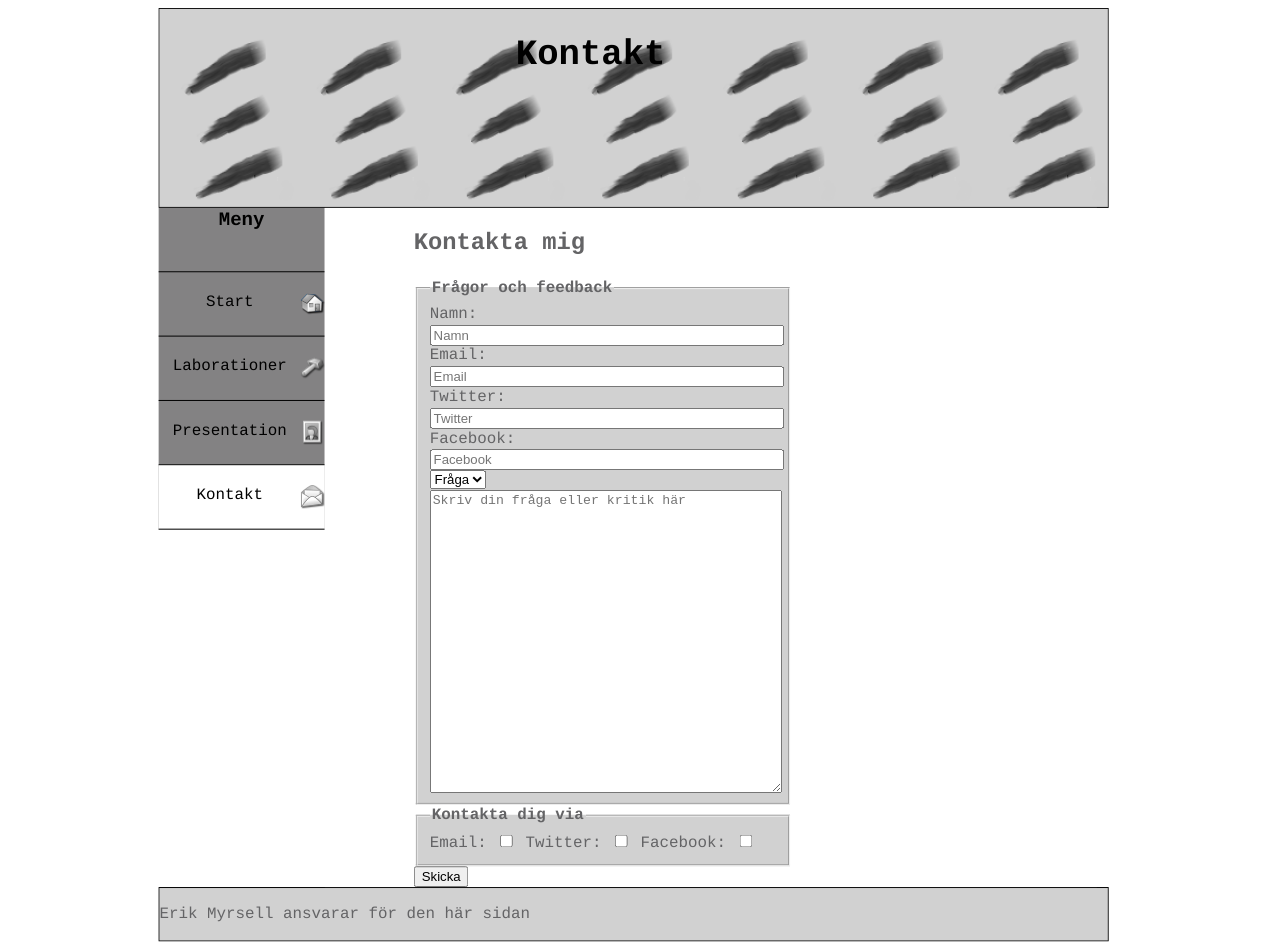
Repository: em222mt/1IK415_em222mt
Page: pages/kontakt.html
The author's editor kept a record of every edit. The page is drawn from the files as they stood at one moment, then again after the next edit.
The browser window is 1280 px wide. The pictures show the whole page, at 99% of full size.

Above is the page before.

After the next edit:
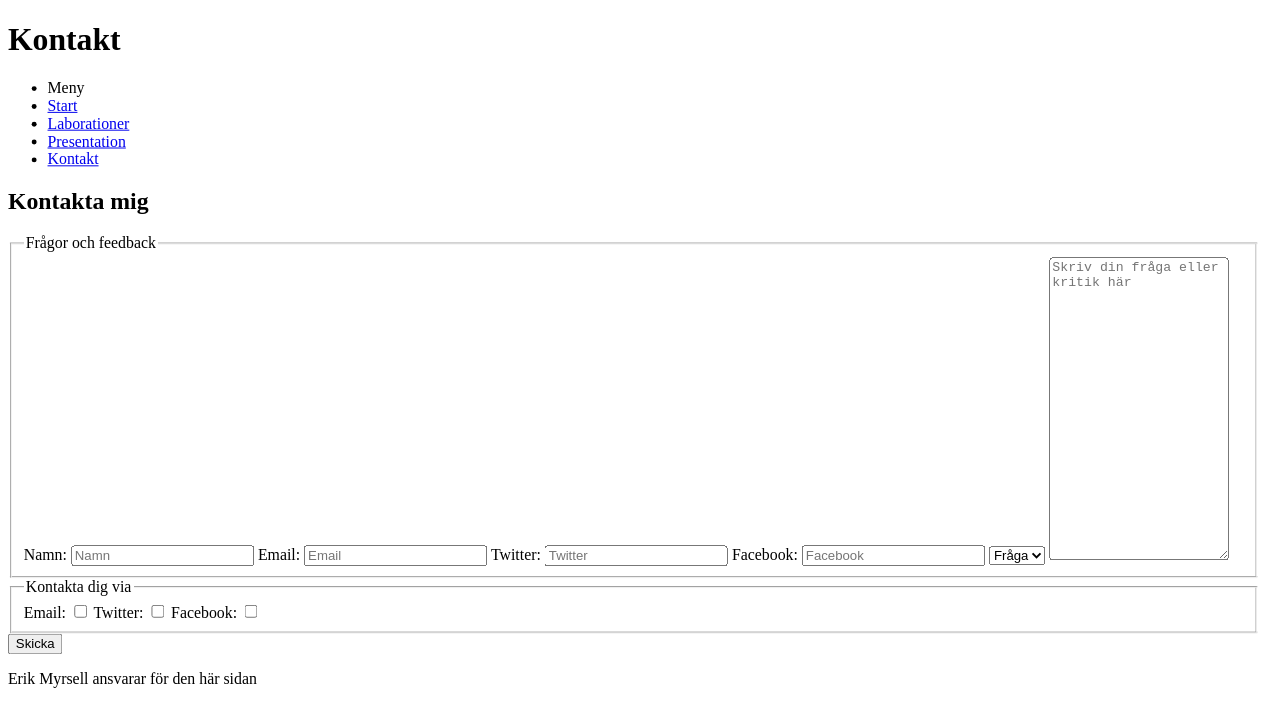
The edit:
--- a/pages/kontakt.html
+++ b/pages/kontakt.html
@@ -3,12 +3,8 @@
 
 <head>
      <meta charset="utf-8">
-     <title>Kontakt</title>
-
-     <link rel="stylesheet" href="../css/basic.css">
-     <link rel="stylesheet" href="../css/print.css">
-
     <meta name="viewport" content="width=device-width, initial scale=1.0">
+    <title>Kontakt</title>
 
 
     <link rel="stylesheet" media="only screen and(min-width 482px)" href="css/basic.css">

After the 4 edits that followed:
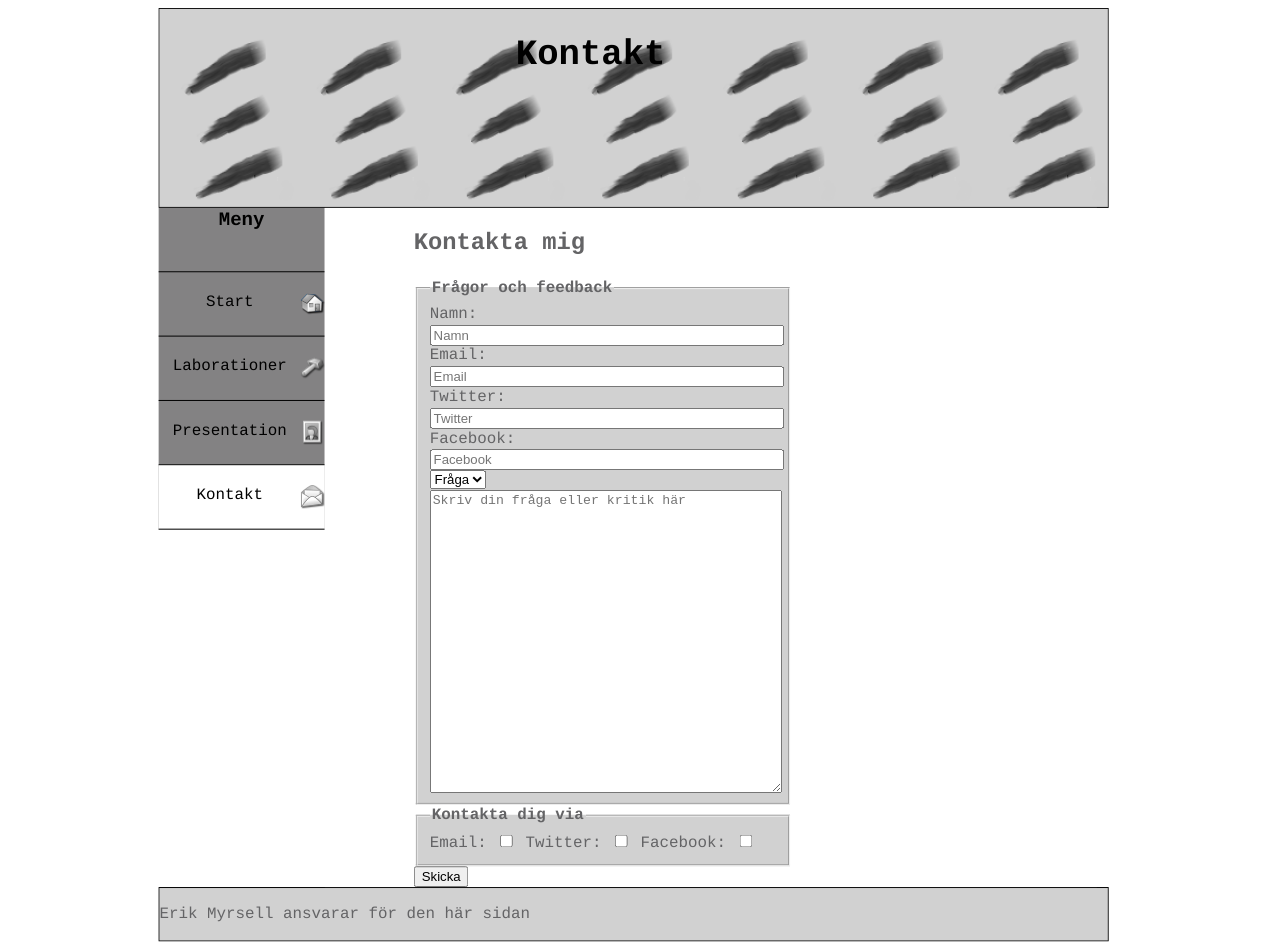
The 4 edits are shown as one change because 3 left the picture as it was.
The edit:
--- a/pages/kontakt.html
+++ b/pages/kontakt.html
@@ -2,14 +2,13 @@
 <html lang="sv">
 
 <head>
-     <meta charset="utf-8">
+    <meta charset="utf-8">
     <meta name="viewport" content="width=device-width, initial scale=1.0">
     <title>Kontakt</title>
 
-
-    <link rel="stylesheet" media="only screen and(min-width 482px)" href="css/basic.css">
+    <link rel="stylesheet" media="only screen and (min-width: 482px)" href="../css/basic.css">
     <link rel="stylesheet" media="print" href="../css/print.css">
-    <link rel="stylesheet" media="screen and(min-width 481px)" href="../css/screen.css">
+    <link rel="stylesheet" media="screen and(max-width 481px)" href="../css/screen.css">
 </head>
 
     <body>
